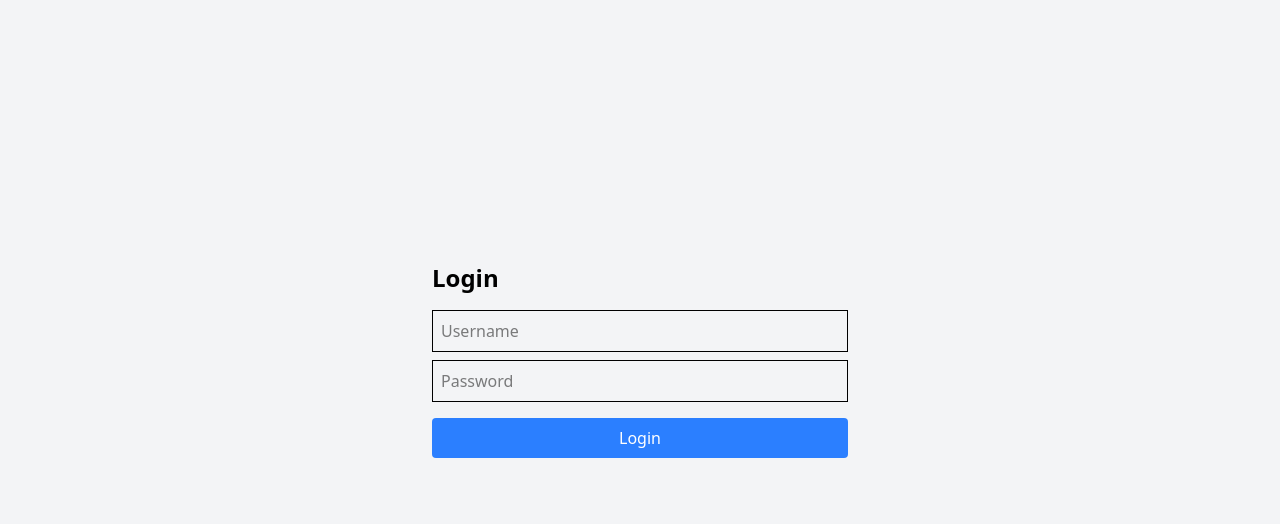
Repository: marikyut/React-Crud
Page: /
These files come from the project's save history. The page is drawn as it stood at one moment and after the next save; the edit follows.
The browser window is 1280 px wide. The pictures show the whole page.
The project was rebuilt for these pictures with package versions that can differ from the ones it lists, and the page was loaded fresh each time. Also part of the build but not shown: vite.config.js.

Above is the page before, as saved 2025-07-04 17:03:22.

After the next save:
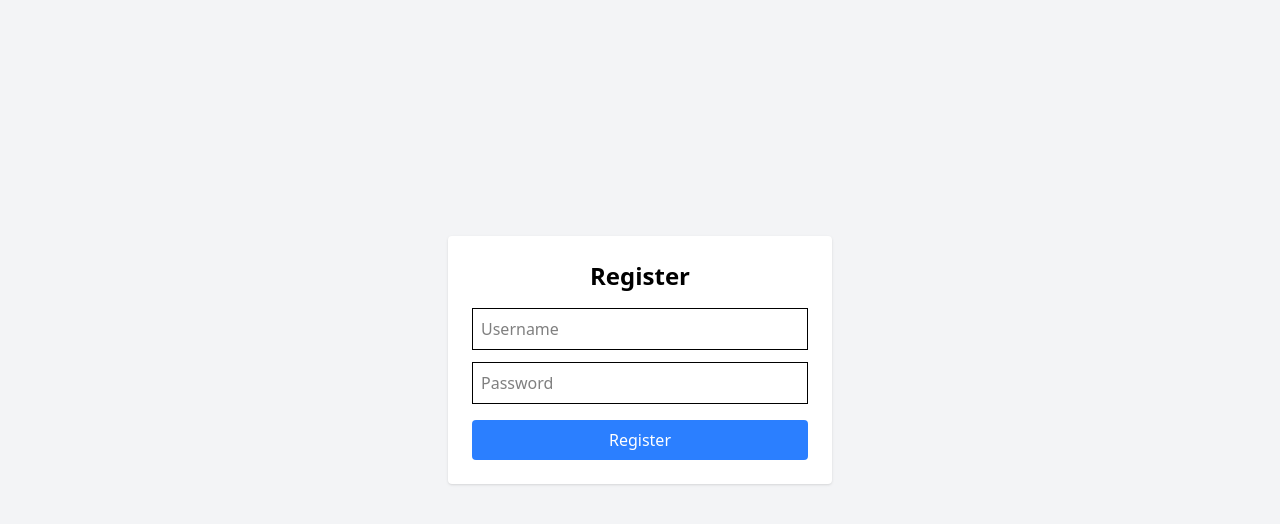
Saved 102 s later.
--- a/src/App.jsx
+++ b/src/App.jsx
@@ -5,7 +5,7 @@
 const App = () => {
   return (
     <div className ="min-h-screen bg-gray-100 flex items-center justify-center">
-      <Login />
+      <Register />
     </div>
   )
 }

After the save that followed:
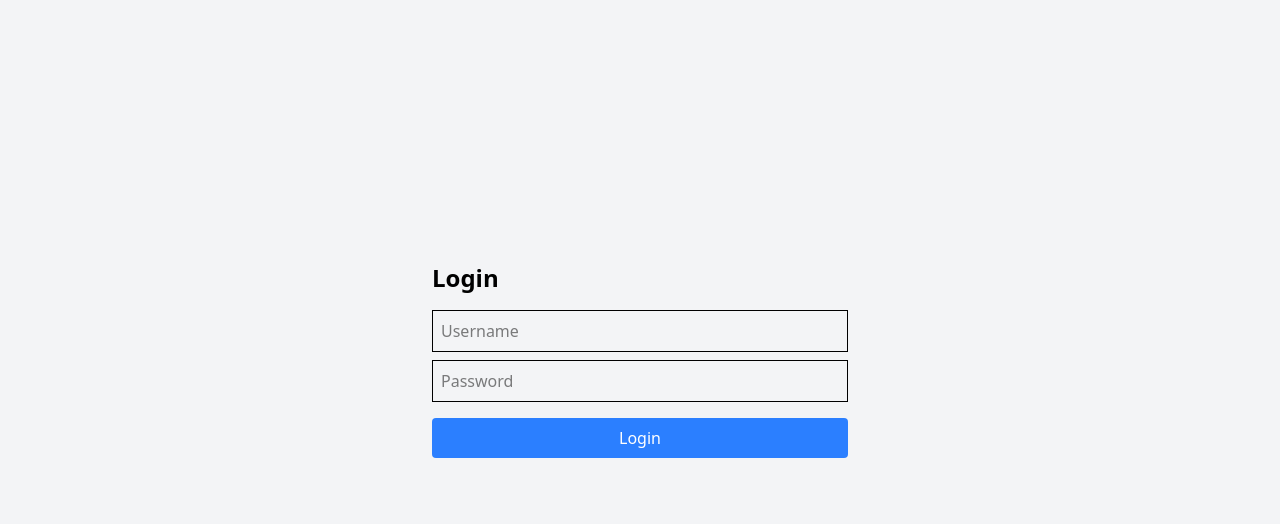
Saved 23 s later.
--- a/src/App.jsx
+++ b/src/App.jsx
@@ -5,7 +5,7 @@
 const App = () => {
   return (
     <div className ="min-h-screen bg-gray-100 flex items-center justify-center">
-      <Register />
+      <Login />
     </div>
   )
 }
